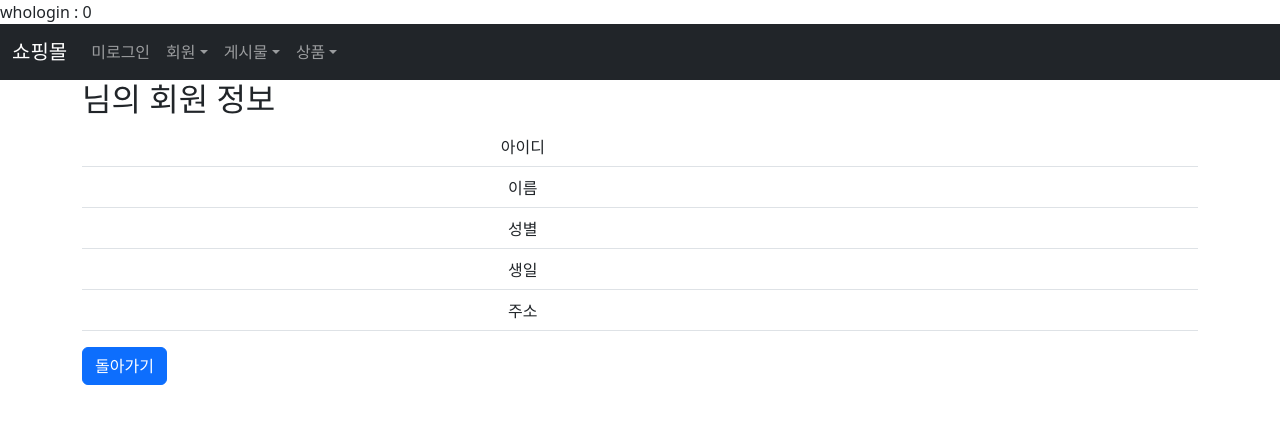
Repository: Sain-Clair/Team5
Page: http://localhost/Student/member/meDetail.jsp
These files come from the project's save history. The page is drawn as it stood at one moment and after the next save; the edit follows.
The browser window is 1280 px wide. The pictures show the whole page.
The page is served by Tomcat 9. The template is opened directly, without the code that normally fills it, so the values that code supplies are empty.

Above is the page before, as saved 2023-09-05 05:59:34.

After the next save:
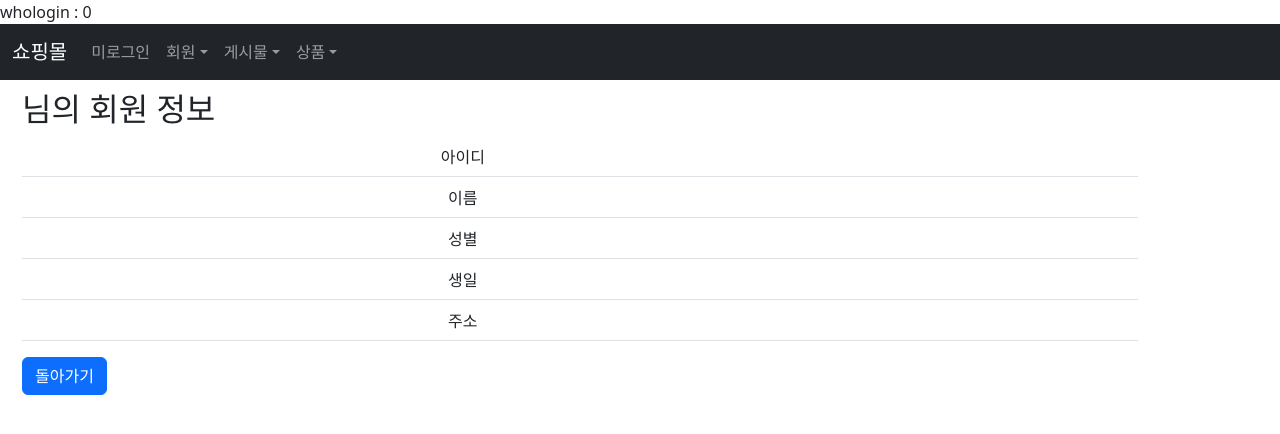
Saved 57 s later.
--- a/Student/src/main/webapp/member/meDetail.jsp
+++ b/Student/src/main/webapp/member/meDetail.jsp
@@ -11,6 +11,7 @@
 		#backButton {
 		margin: auto;
 		}
+		.container{margin: 10px;}
 	</style>
 </head>
 <body>
